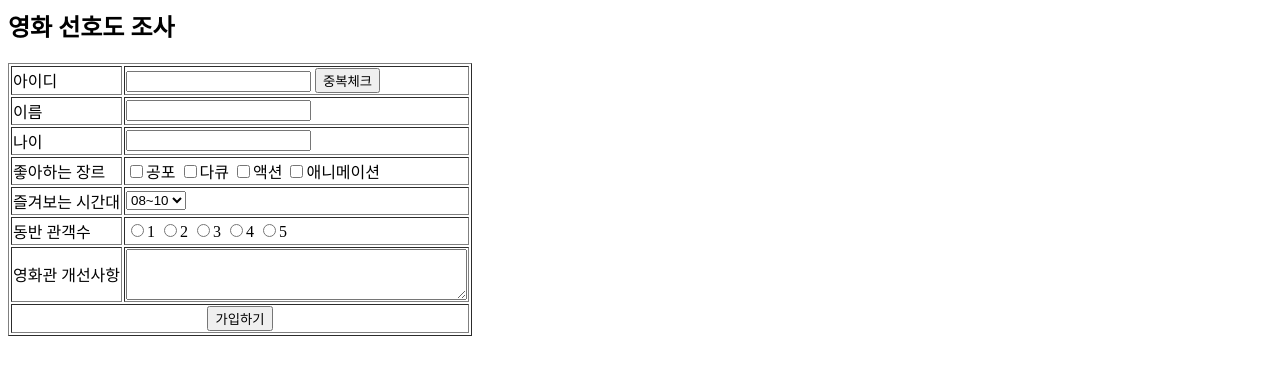
Repository: uj06134/Metabuild_JSP
Page: http://localhost/05_JDBC_movie/insertForm.jsp
An editor plug-in stored every save of this project. The page is shown before and after the next save, followed by the edit.
The browser window is 1280 px wide. The pictures show the whole page.
The page is served by Tomcat 9. Other server files are loaded and not shown.

Above is the page before, as saved 2025-09-12 07:39:20.
Console error: SyntaxError: Unexpected token '&'

### 05_JDBC_movie/src/main/webapp/insertForm.jsp
<%@ page language="java" contentType="text/html; charset=UTF-8"
	pageEncoding="UTF-8"%>
<script type="text/javascript" src="js/jquery.js"></script>
<script type="text/javascript">
	$(function(){
		isCheck = false;
		isChange = false;
		// 중복체크 버튼을 클릭 했을 때
		$("#id_check").click(function(){
			isCheck = true; // 중복체크를 클릭하면 true, 클릭하지 않으면 false
			if($("input[name=id]").val() == ''){
				alert("아이디 입력")
				return;
			}

			$.ajax({
				url: "id_check_proc.jsp", // 사용가능:yes. 사용불가능:no
				data: ({
					userid: $("input[name=id]").val()
				}),
				success: function(data){
					alert(data);
					if($.trim(data) == 'YES'){
						$("#idmessage").html("<font color=blue>사용가능</font>");
						&("#idmessage").show();
						use = "possible";
					} else{
						$("#idmessage").html("<font color=red>이미 사용중인 아이디입니다</font>");
						&("#idmessage").show();
						use = "impossible";
					}
				}// success
			});// ajax
		});// click

		$("input[name=id]").keydown(function(){
			$("#idmessage").css("display", "none");
			use = "";
			isChange = true;
		});// keydown

		$('#sub').click(function(){
			if(use == "impossible"){
				alert("이미 사용중인 아이디입니다.")
				return false; // 이미 사용중인데 넘어가지 못하게 false
			}else if(isCheck == false || isChange == true){ //중복체크 버튼 클릭하지 않았으면
				alert('중복체크를 클릭하세요');
				return false;
			}else if($("input[name=id]").val() == ''){
				alert("아이디를 입력하세요 submit")
				return false;
			}
		});// submit click
	});


</script>
<%
	String [] genre = {"공포", "다큐", "액션", "애니메이션"};
	String [] time = {"08~10","10~12","12~14","14~16","16~18"};
%>
	<h2>영화 선호도 조사 </h2>
	<form action="inputProc.jsp" method="post">
		<table border="1">
		<tr>
			<td>아이디</td>
			<td>
				<input type="text" name="id" value="">
				<button type="button" id="id_check">중복체크</button>
				<span id = "idmessage" style="display:none"></span>
			</td>
		</tr>
		<tr>
			<td>이름</td><td>
			<input type="text" name="name" value=""></td>
		</tr>
		<tr>
			<td>나이</td>
			<td><input type="text" name="age" value=""></td>
		</tr>
		<tr>
			<td>좋아하는 장르</td>
			<td>
			<%for(String g : genre) { %>
			  <input type="checkbox" name="genre" value="<%= g %>"><%= g %>
			<%} %>

			</td>
		</tr>

		<tr>
			<td>즐겨보는 시간대</td>
			<td>

				<select name="time">
					<%for(int i=0; i<time.length; i++){ %>
    				<option value="<%= time[i] %>"><%= time[i] %></option>
					<%} %>
				</select>
		<tr>
			<td>동반 관객수</td>
			<td>
				<%
				for(int i=1;i<=5;i++){
				%>
					<input type="radio" name="partner" value="<%=i%>"><%=i%>
				<%} %>
			</td>
		</tr>

		<tr>
			<td>영화관 개선사항</td>
			<td>
				<textarea name="memo" cols="40" rows="3"></textarea>
			</td>
		</tr>
		<tr align="center">
			<td colspan="2">
				<input type="submit" value="가입하기" id="sub">
			</td>
		</tr>
		</table>
	</form>

Loaded but not shown: 05_JDBC_movie/src/main/webapp/js/jquery.js (library)

After the next save:
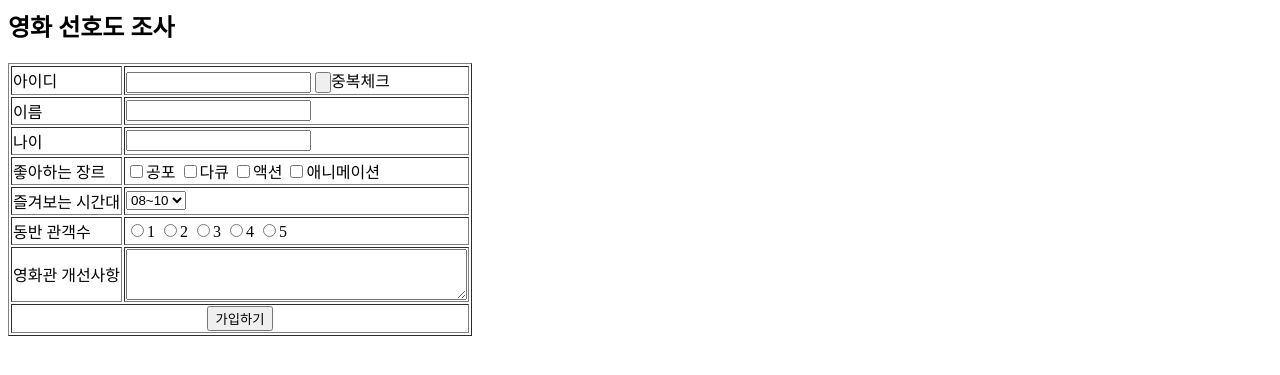
Saved 56 s later.
--- a/05_JDBC_movie/src/main/webapp/insertForm.jsp
+++ b/05_JDBC_movie/src/main/webapp/insertForm.jsp
@@ -66,7 +66,7 @@
 			<td>아이디</td>
 			<td>
 				<input type="text" name="id" value="">
-				<button type="button" id="id_check">중복체크</button>
+				<input type="button" id="id_check">중복체크</button>
 				<span id = "idmessage" style="display:none"></span>
 			</td>
 		</tr>

After the save that followed:
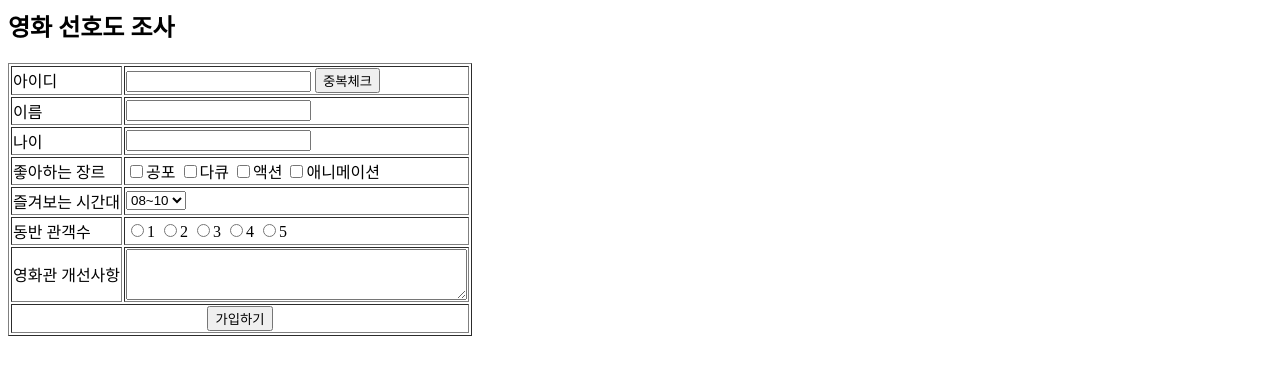
Saved 11 s later.
--- a/05_JDBC_movie/src/main/webapp/insertForm.jsp
+++ b/05_JDBC_movie/src/main/webapp/insertForm.jsp
@@ -66,7 +66,7 @@
 			<td>아이디</td>
 			<td>
 				<input type="text" name="id" value="">
-				<input type="button" id="id_check">중복체크</button>
+				<input type="button" id="id_check" value="중복체크">
 				<span id = "idmessage" style="display:none"></span>
 			</td>
 		</tr>
